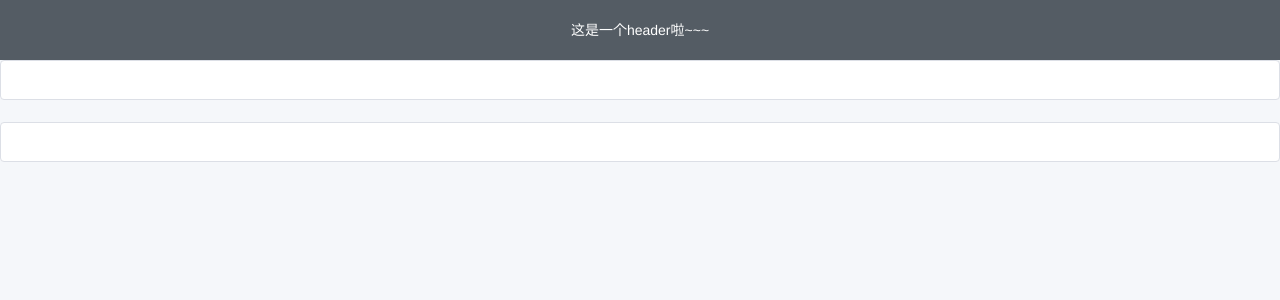
Repository: KTDefTnT/node_front_admin
Page: /#/
An editor plug-in stored every save of this project. The page is shown before and after the next save, followed by the edit.
The browser window is 1280 px wide. The pictures show the whole page.
The project was rebuilt for these pictures with package versions that can differ from the ones it lists, and the page was loaded fresh each time. Also part of the build but not shown: vue.config.js, src/assets/scss/theme_reset.scss.

Above is the page before, as saved 2020-06-29 17:21:19.

After the next save:
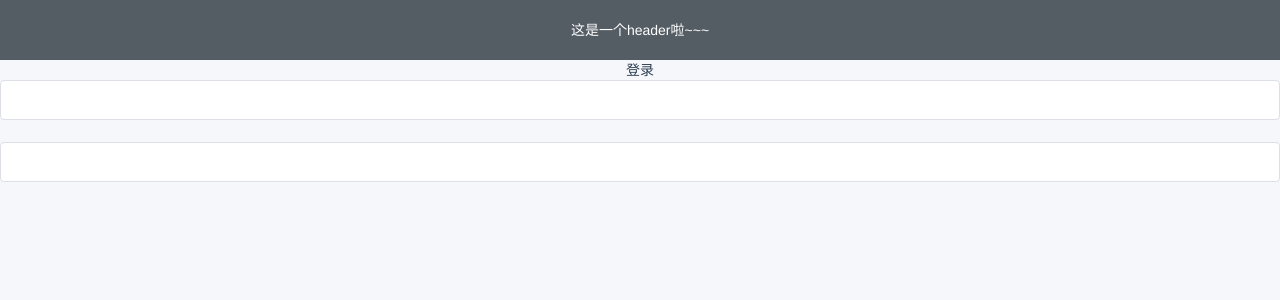
Saved 77 s later.
--- a/src/views/Login.vue
+++ b/src/views/Login.vue
@@ -2,6 +2,7 @@
   <div class="login-container">
     <Header />
     <div class="login-content">
+      <div class="title">登录</div>
       <el-form :model="form">
         <el-form-item  prop="userName">
           <el-input v-model="form.userName"></el-input>
